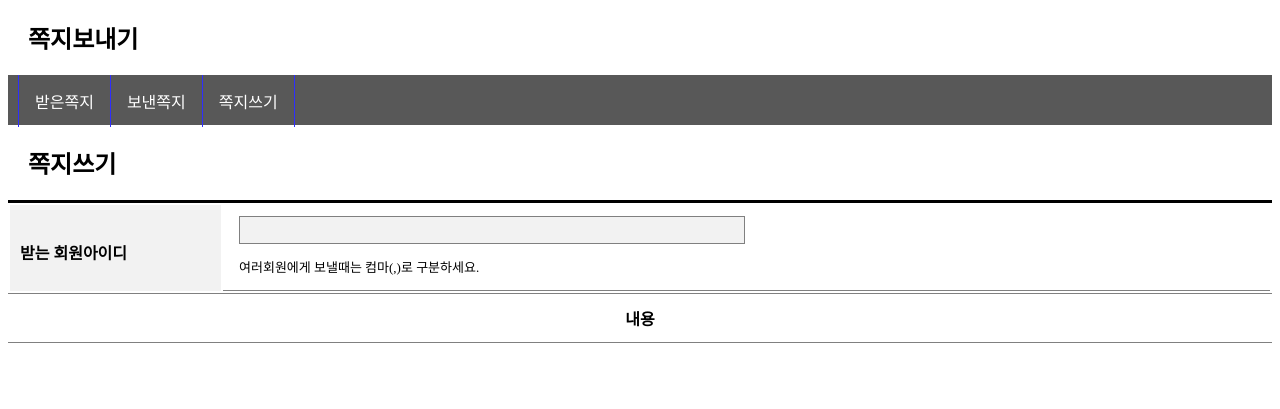
Repository: ks12b0000/JSP-School-Class
Page: chap10_JSP/src/main/webapp/Test/sendMessage.html
An editor plug-in stored every save of this project. The page is shown before and after the next save, followed by the edit.
The browser window is 1280 px wide. The pictures show the whole page.

Above is the page before, as saved 2022-06-04 11:30:19.

After the next save:
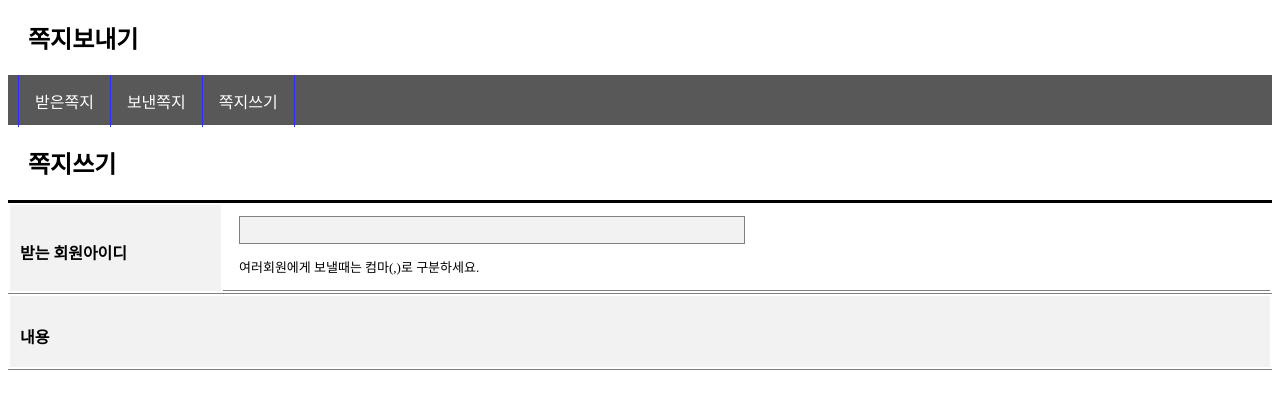
Saved 13 s later.
--- a/chap10_JSP/src/main/webapp/Test/loginWrite.css
+++ b/chap10_JSP/src/main/webapp/Test/loginWrite.css
@@ -263,3 +263,12 @@
 		width: 100%;
 		height: 50px;
 	}
+	.Profile4 #id13 {
+		margin-top: 20px;
+		padding-left:10px;
+		padding-top: 10px;
+		text-align: left;
+		width: 200px;
+		background-color: #F2F2F2;
+		height: 60px;
+	}
